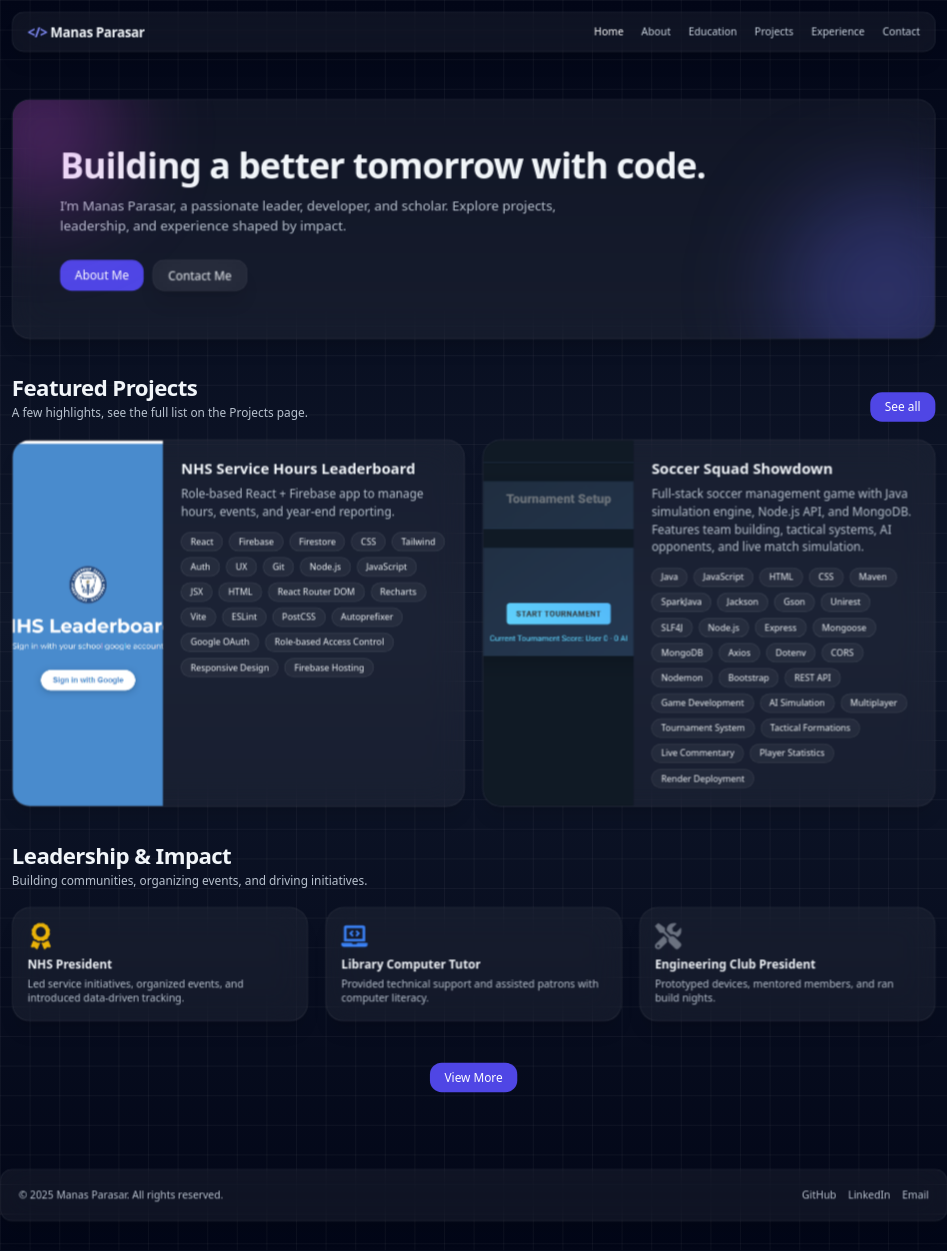
Repository: Manas-Parasar/portfolio-manas-parasar
Page: /
These files come from the project's save history. The page is drawn as it stood at one moment and after the next save; the edit follows.
The browser window is 1280 px wide. The pictures show the whole page, at 74% of full size.
The project was rebuilt for these pictures with package versions that can differ from the ones it lists, and the page was loaded fresh each time. Also part of the build but not shown: vite.config.js, src/pages/About.jsx, src/pages/Projects.jsx, src/components/TimelineItem.jsx, src/pages/Experience.jsx, src/pages/Contact.jsx. Imported but missing from the stored project, and not drawn on this page: src/assets/Manas Parasar Resume.pdf.

Above is the page before, as saved 2025-10-12 23:04:01.

### index.html
<!DOCTYPE html>
<html lang="en">
  <head>
    <meta charset="UTF-8" />
    <meta name="viewport" content="width=device-width, initial-scale=1.0" />
    <title>Manas Parasar Portfolio</title>
    <meta
      name="description"
      content="Portfolio of Manas Parasar: projects, leadership, research, and impact."
    />
    <link rel="icon" href="/PortfolioFavicon.png" />
  </head>
  <body
    class="min-h-screen bg-gradient-to-b from-slate-950 via-slate-900 to-slate-950 text-slate-100"
  >
    <div id="root"></div>
    <script type="module" src="/src/main.jsx"></script>
  </body>
</html>

### src/main.jsx
import { BrowserRouter } from "react-router-dom";
import "./index.css";
import React from "react";
import ReactDOM from "react-dom/client";
import App from "./App";

ReactDOM.createRoot(document.getElementById("root")).render(
  <React.StrictMode>
    <BrowserRouter>
      <App />
    </BrowserRouter>
  </React.StrictMode>
);

### src/index.css
@tailwind base;
@tailwind components;
@tailwind utilities;

html,
body {
  margin: 0;
  padding: 0;
  box-sizing: border-box;
  overscroll-behavior: none;
  overflow-x: hidden;
}

html {
  background-color: #0aa345; /* slate-900 */
}

html,
body {
  margin: 0;
  padding: 0;
  box-sizing: border-box;
}

html {
  background-color: #0f172a; /* slate-900 */
}

/* Subtle selection & scrollbar tweaks */
::selection {
  background: #175430;
  color: white;
}
::-webkit-scrollbar {
  width: 10px;
}
::-webkit-scrollbar-thumb {
  background: rgba(148, 184, 155, 0.4);
  border-radius: 999px;
}

/* Reusable utilities */
@layer utilities {
  .glass {
    @apply bg-white/5 backdrop-blur-xl border border-white/10 shadow-xl;
  }
  .btn {
    @apply inline-flex items-center gap-2 rounded-2xl px-5 py-2 font-medium transition;
  }
  .btn-primary {
    @apply btn bg-brand-600 hover:bg-brand-500 text-white;
  }
  .btn-ghost {
    @apply btn glass hover:bg-white/10;
  }
  .headline {
    @apply text-4xl md:text-5xl font-extrabold tracking-tight;
  }
  .subtle {
    @apply text-slate-300/90;
  }
}

### src/App.jsx
import { Routes, Route } from "react-router-dom";
import Navbar from "./components/Navbar";
import Footer from "./components/Footer";
import Home from "./pages/Home";
import About from "./pages/About";
import Projects from "./pages/Projects";
import Experience from "./pages/Experience";
import Contact from "./pages/Contact";
import Education from "./pages/Education";

export default function App() {
  return (
    <div className="min-h-screen flex flex-col bg-grid-sheer bg-grid-sheer bg-[length:40px_40px] overflow-hidden">
      <div className="absolute inset-0 -z-10 opacity-70" aria-hidden>
        <div className="absolute -top-40 -left-40 h-96 w-96 rounded-full bg-brand-500 blur-[120px] opacity-30 animate-float" />
      </div>
      <Navbar />
      <main className="container py-10 flex-grow">
        <Routes>
          <Route path="/" element={<Home />} />
          <Route path="/about" element={<About />} />
          <Route path="/education" element={<Education />} />
          <Route path="/projects" element={<Projects />} />
          <Route path="/experience" element={<Experience />} />
          <Route path="/contact" element={<Contact />} />
        </Routes>
      </main>
      <Footer />
    </div>
  );
}

### src/components/Navbar.jsx
import { Link, NavLink } from "react-router-dom";
import { Menu, X } from "lucide-react";
import { useState } from "react";

export default function Navbar() {
  const [open, setOpen] = useState(false);
  const nav = [
    { to: "/", label: "Home" },
    { to: "/about", label: "About" },
    { to: "/education", label: "Education" },
    { to: "/projects", label: "Projects" },
    { to: "/experience", label: "Experience" },
    { to: "/contact", label: "Contact" },
  ];

  const NavItems = ({ onClick }) => (
    <ul className="flex flex-col md:flex-row gap-4 md:gap-6 text-sm">
      {nav.map((n) => (
        <li key={n.to}>
          <NavLink
            to={n.to}
            onClick={onClick}
            className={({ isActive }) =>
              `transition hover:text-white ${
                isActive ? "text-white" : "text-slate-300"
              }`
            }
          >
            {n.label}
          </NavLink>
        </li>
      ))}
    </ul>
  );

  return (
    <header className="sticky top-0 z-50">
      <div className="container mt-4">
        <div className="glass rounded-2xl px-5 py-3 flex items-center justify-between">
          <Link to="/" className="font-black tracking-tight text-lg">
            <span className="text-brand-400">&lt;/&gt;</span> Manas Parasar
          </Link>
          <nav className="hidden md:block">
            <NavItems />
          </nav>
          <button
            className="md:hidden btn-ghost"
            onClick={() => setOpen(!open)}
            aria-label="Toggle Menu"
          >
            {open ? <X size={20} /> : <Menu size={20} />}
          </button>
        </div>
        {open && (
          <div className="md:hidden mt-2 glass rounded-2xl px-5 py-4">
            <NavItems onClick={() => setOpen(false)} />
          </div>
        )}
      </div>
    </header>
  );
}

### src/components/Footer.jsx
export default function Footer() {
  return (
    <footer className="mt-16 pb-10">
      <div className="container glass rounded-2xl p-6 flex flex-col md:flex-row items-center justify-between gap-4">
        <p className="text-sm subtle">
          © {new Date().getFullYear()} Manas Parasar. All rights reserved.
        </p>
        <div className="text-sm subtle flex gap-4">
          <a
            href="https://github.com/"
            target="_blank"
            className="hover:text-white"
          >
            GitHub
          </a>
          <a
            href="https://linkedin.com/"
            target="_blank"
            className="hover:text-white"
          >
            LinkedIn
          </a>
          <a href="mailto:manas@example.com" className="hover:text-white">
            Email
          </a>
        </div>
      </div>
    </footer>
  );
}

### src/pages/Home.jsx
import Hero from "../components/Hero";
import Section from "../components/Section";
import ProjectCard from "../components/ProjectCard";
import nhsLeaderboardScreenshot from "../assets/NHS Leaderboard Screenshot.png";
import soccerSquadShowdownScreenshot from "../assets/Soccer Squad Showdown Screenshot.png";
import { FaAward, FaLaptopCode, FaTools } from "react-icons/fa";

export default function Home() {
  return (
    <>
      <Hero />

      <Section
        title="Featured Projects"
        subtitle="A few highlights, see the full list on the Projects page."
        cta={
          <a href="#/projects" className="btn-primary">
            See all
          </a>
        }
      >
        <div className="grid md:grid-cols-2 gap-6">
          <ProjectCard
            title="NHS Service Hours Leaderboard"
            desc="Role-based React + Firebase app to manage hours, events, and year-end reporting."
            tags={[
              "React",
              "Firebase",
              "Firestore",
              "CSS",
              "Tailwind",
              "Auth",
              "UX",
              "Git",
              "Node.js",
              "JavaScript",
              "JSX",
              "HTML",
              "React Router DOM",
              "Recharts",
              "Vite",
              "ESLint",
              "PostCSS",
              "Autoprefixer",
              "Google OAuth",
              "Role-based Access Control",
              "Responsive Design",
              "Firebase Hosting",
            ]}
            link="https://github.com/Manas-Parasar/NHS-Service-Hours-Leaderboard"
            img={nhsLeaderboardScreenshot}
          />
          <ProjectCard
            title="Soccer Squad Showdown"
            desc="Full-stack soccer management game with Java simulation engine, Node.js API, and MongoDB. Features team building, tactical systems, AI opponents, and live match simulation."
            tags={[
              "Java",
              "JavaScript",
              "HTML",
              "CSS",
              "Maven",
              "SparkJava",
              "Jackson",
              "Gson",
              "Unirest",
              "SLF4J",
              "Node.js",
              "Express",
              "Mongoose",
              "MongoDB",
              "Axios",
              "Dotenv",
              "CORS",
              "Nodemon",
              "Bootstrap",
              "REST API",
              "Game Development",
              "AI Simulation",
              "Multiplayer",
              "Tournament System",
              "Tactical Formations",
              "Live Commentary",
              "Player Statistics",
              "Render Deployment",
            ]}
            link="https://github.com/Manas-Parasar/Soccer-Squad-Showdown"
            img={soccerSquadShowdownScreenshot}
          />
        </div>
      </Section>

      <Section
        title="Leadership & Impact"
        subtitle="Building communities, organizing events, and driving initiatives."
      >
        <div className="grid md:grid-cols-3 gap-6">
          {[
            {
              title: "NHS President",
              desc: "Led service initiatives, organized events, and introduced data-driven tracking.",
            },
            {
              title: "Library Computer Tutor",
              desc: "Provided technical support and assisted patrons with computer literacy.",
            },
            {
              title: "Engineering Club President",
              desc: "Prototyped devices, mentored members, and ran build nights.",
            },
          ].map((c) => (
            <div key={c.title} className="glass rounded-3xl p-5 block">
              {c.title === "NHS President" && (
                <FaAward className="text-4xl mb-2 text-yellow-500" />
              )}
              {c.title === "Library Computer Tutor" && (
                <FaLaptopCode className="text-4xl mb-2 text-blue-500" />
              )}
              {c.title === "Engineering Club President" && (
                <FaTools className="text-4xl mb-2 text-gray-500" />
              )}
              <h3 className="font-semibold">{c.title}</h3>
              <p className="subtle text-sm mt-1">{c.desc}</p>
            </div>
          ))}
        </div>
        <div className="text-center mt-8">
          <a href="#/experience" className="btn-primary">
            View More
          </a>
        </div>
      </Section>
    </>
  );
}

### src/pages/Education.jsx
import { FaJava, FaRegCopyright } from "react-icons/fa";
import { DiVisualstudio } from "react-icons/di";
import {
  SiJavascript,
  SiReact,
  SiPython,
  SiFirebase,
  SiTailwindcss,
  SiGit,
  SiGithub,
  SiHtml5,
  SiCss3,
  SiCplusplus,
  SiNodedotjs,
  SiTypescript,
  SiExpress,
} from "react-icons/si";
import React from "react";

const skills = [
  { name: "Java", icon: <FaJava />, color: "text-red-500" },
  { name: "React", icon: <SiReact />, color: "text-blue-500" },
  { name: "Python", icon: <SiPython />, color: "text-yellow-500" },
  { name: "Firebase", icon: <SiFirebase />, color: "text-yellow-400" },
  { name: "Tailwind", icon: <SiTailwindcss />, color: "text-teal-500" },
  { name: "GitHub", icon: <SiGithub />, color: "text-gray-400" },
  { name: "Git", icon: <SiGit />, color: "text-orange-600" },
  { name: "HTML", icon: <SiHtml5 />, color: "text-orange-500" },
  { name: "CSS", icon: <SiCss3 />, color: "text-blue-600" },
  { name: "JavaScript", icon: <SiJavascript />, color: "text-yellow-300" },
  { name: "TypeScript", icon: <SiTypescript />, color: "text-blue-400" },
  { name: "C", icon: <FaRegCopyright />, color: "text-blue-600" },
  { name: "C++", icon: <SiCplusplus />, color: "text-blue-700" },
  { name: "Express.js", icon: <SiExpress />, color: "text-gray-400" },
  { name: "Node.js", icon: <SiNodedotjs />, color: "text-green-500" },
  { name: "Visual Studio", icon: <DiVisualstudio />, color: "text-blue-500" },
];

export default function Education() {
  return (
    <div className="space-y-6">
      <div className="glass rounded-3xl p-6 hover:shadow-glow transition">
        <h3 className="font-semibold mb-2 text-2xl text-brand-400">College</h3>
        <div className="subtle">
          <p className="font-bold">Paradise Valley Community College</p>
          <p>Associate of Science in Computer Science</p>
          <p>Expected Graduation: May 2026</p>
          <br />
          <p>Associate of Arts in Mathematics</p>
          <p>Expected Graduation: May 2026</p>
        </div>
      </div>
      <div className="glass rounded-3xl p-6 hover:shadow-glow transition">
        <h3 className="font-semibold mb-2 text-2xl text-brand-400">
          High School
        </h3>
        <div className="subtle">
          <p className="font-bold">
            Arizona Agribusiness & Equine Center - Paradise Valley
          </p>
          <p>High School Diploma</p>
          <p>May 2026</p>
          <p>Phoenix, AZ</p>
        </div>
      </div>
      <div className="glass rounded-3xl p-6 hover:shadow-glow transition">
        <h3 className="font-semibold mb-2 text-2xl text-brand-400">
          Academics & Scores
        </h3>
        <ul className="subtle list-disc list-inside space-y-1">
          <li>SAT: 1530 (770 Math, 760 English)</li>
          <li>ACT: 35 (36 Math, 36 Science, 36 English, 33 Reading)</li>
          <li>GPA: 4.00 (Unweighted)</li>
        </ul>
      </div>
      <div className="glass rounded-3xl p-6 hover:shadow-glow transition">
        <h3 className="font-semibold mb-2 text-2xl text-brand-400">
          Certifications & Awards
        </h3>
        <ul className="subtle list-disc list-inside space-y-1">
          <li>Python Essential Training Certification (LinkedIn Learning)</li>
          <li>Introduction to Web APIs Certification (LinkedIn Learning)</li>
          <li>President’s Honor Roll (Paradise Valley Community College)</li>
          <li>
            4.0 Honor Roll (3x, Arizona Agribusiness & Equine Center - Paradise
            Valley)
          </li>
          <li>
            Excellence in Science (2024 - 2025, Arizona Agribusiness & Equine
            Center - Paradise Valley)
          </li>
        </ul>
      </div>
      <div className="glass rounded-3xl p-6 hover:shadow-glow transition">
        <h3 className="font-semibold mb-2 text-2xl text-brand-400">
          Related Coursework
        </h3>
        <div className="grid grid-cols-1 md:grid-cols-2 gap-4 subtle">
          <div>
            <ul className="list-disc list-inside space-y-1">
              <li>Geometry 1-2</li>
              <li>Algebra 3-4</li>
              <li>Pre-Calculus 1-2</li>
              <li>College Algebra/Functions (MAT151)</li>
              <li>Calculus with Analytical Geometry I (MAT220)</li>
              <li>Calculus with Analytical Geometry II (MAT230)</li>
              <li>Biology 1-2</li>
            </ul>
          </div>
          <div>
            <ul className="list-disc list-inside space-y-1">
              <li>Chemistry 1-2</li>
              <li>Introduction to Computer Science (Java) (CSC110AB)</li>
              <li>
                Object Oriented Programming and Data Structures (Java)
                (CSC205AC)
              </li>
              <li>Digital Design Fundamentals (CSC120)</li>
              <li>
                Introduction to Different Programming Languages (CSC240AA)
              </li>
              <li>Introduction to Logic (PHI103)</li>
            </ul>
          </div>
        </div>
      </div>
      <div className="glass rounded-3xl p-6 hover:shadow-glow transition">
        <h3 className="font-semibold mb-2 text-2xl text-brand-400">Skills</h3>
        <div className="grid grid-cols-2 md:grid-cols-4 gap-4">
          {skills.map((skill) => (
            <div
              key={skill.name}
              className="flex items-center gap-4 bg-white/5 p-4 rounded-lg transition-all duration-300 ease-in-out hover:bg-white/10 hover:scale-105 hover:shadow-glow"
            >
              <div className={`text-4xl ${skill.color}`}>{skill.icon}</div>
              <div>
                <h4 className="font-bold">{skill.name}</h4>
              </div>
            </div>
          ))}
        </div>
      </div>
    </div>
  );
}

### src/components/Hero.jsx
import { motion } from "framer-motion";

export default function Hero() {
  return (
    <section className="mt-6">
      <div className="relative overflow-hidden rounded-3xl glass p-10 md:p-16">
        <motion.h1
          initial={{ opacity: 0, y: 20 }}
          animate={{ opacity: 1, y: 0 }}
          transition={{ duration: 0.6 }}
          className="headline"
        >
          Building a better tomorrow with code.
        </motion.h1>
        <motion.p
          initial={{ opacity: 0, y: 20 }}
          animate={{ opacity: 1, y: 0 }}
          transition={{ duration: 0.7, delay: 0.1 }}
          className="mt-4 text-lg subtle max-w-3xl"
        >
          I’m Manas Parasar, a passionate leader, developer, and scholar.
          Explore projects, leadership, and experience shaped by impact.
        </motion.p>
        <motion.div
          initial={{ opacity: 0, y: 20 }}
          animate={{ opacity: 1, y: 0 }}
          transition={{ duration: 0.7, delay: 0.2 }}
          className="mt-8 flex gap-3"
        >
          <a className="btn-primary" href="#/about">
            About Me
          </a>
          <a className="btn-ghost" href="#/contact">
            Contact Me
          </a>
        </motion.div>
        {/* Decorative blobs */}
        <div className="pointer-events-none absolute -right-20 -bottom-20 h-72 w-72 rounded-full bg-brand-500/30 blur-3xl" />
        <div className="pointer-events-none absolute -left-16 -top-16 h-52 w-52 rounded-full bg-fuchsia-500/30 blur-3xl" />
      </div>
    </section>
  );
}

### src/components/Section.jsx
export default function Section({ title, subtitle, children, cta }) {
  return (
    <section className="mt-12">
      <div className="flex items-end justify-between gap-4 mb-6">
        <div>
          <h2 className="text-2xl md:text-3xl font-bold tracking-tight">
            {title}
          </h2>
          {subtitle && <p className="subtle mt-1">{subtitle}</p>}
        </div>
        {cta}
      </div>
      <div className="grid gap-6">{children}</div>
    </section>
  );
}

### src/components/ProjectCard.jsx
import { motion } from "framer-motion";

export default function ProjectCard({
  title,
  desc,
  tags = [],
  img = "https://images.unsplash.com/photo-1522071820081-009f0129c71c?q=80&w=1400&auto=format&fit=crop",
  link = "#",
}) {
  return (
    <motion.a
      href={link}
      target="_blank"
      rel="noreferrer"
      initial={{ opacity: 0, y: 20 }}
      whileInView={{ opacity: 1, y: 0 }}
      viewport={{ once: true }}
      transition={{ duration: 0.5 }}
      className="group glass rounded-3xl overflow-hidden grid md:grid-cols-3"
    >
      <div className="md:col-span-1">
        <img
          src={img}
          alt={title}
          className="h-48 md:h-full w-full object-cover transition group-hover:scale-105"
        />
      </div>
      <div className="md:col-span-2 p-6">
        <h3 className="text-xl font-bold mb-2">{title}</h3>
        <p className="subtle mb-4">{desc}</p>
        <div className="flex flex-wrap gap-2">
          {tags.map((t) => (
            <span
              key={t}
              className="px-3 py-1 rounded-full bg-white/5 text-xs border border-white/10"
            >
              {t}
            </span>
          ))}
        </div>
      </div>
    </motion.a>
  );
}

### tailwind.config.js
/** @type {import('tailwindcss').Config} */
export default {
  content: ["./index.html", "./src/**/*.{js,jsx,ts,tsx}"],
  theme: {
    extend: {
      container: { center: true, padding: "1rem" },
      fontFamily: {
        display: ["Inter", "ui-sans-serif", "system-ui"],
      },
      colors: {
        brand: {
          50: "#eef2ff",
          100: "#e0e7ff",
          200: "#c7d2fe",
          300: "#a5b4fc",
          400: "#818cf8",
          500: "#6366f1",
          600: "#4f46e5",
          700: "#4338ca",
          800: "#3730a3",
          900: "#312e81",
        },
      },
      boxShadow: {
        glow: "0 0 0 0 rgba(99,102,241,0.5), 0 0 80px 10px rgba(99,102,241,0.25)",
      },
      backgroundImage: {
        "grid-sheer":
          "linear-gradient(rgba(255,255,255,0.04) 1px, transparent 1px), linear-gradient(90deg, rgba(255,255,255,0.04) 1px, transparent 1px)",
      },
      backgroundSize: {
        "grid-sheer": "40px 40px",
      },
      animation: {
        float: "float 6s ease-in-out infinite",
        shimmer: "shimmer 4s linear infinite",
      },
      keyframes: {
        float: {
          "0%, 100%": { transform: "translateY(0px)" },
          "50%": { transform: "translateY(-10px)" },
        },
        shimmer: {
          "0%": { backgroundPosition: "-200% 0" },
          "100%": { backgroundPosition: "200% 0" },
        },
      },
    },
  },
  plugins: [],
};

After the next save:
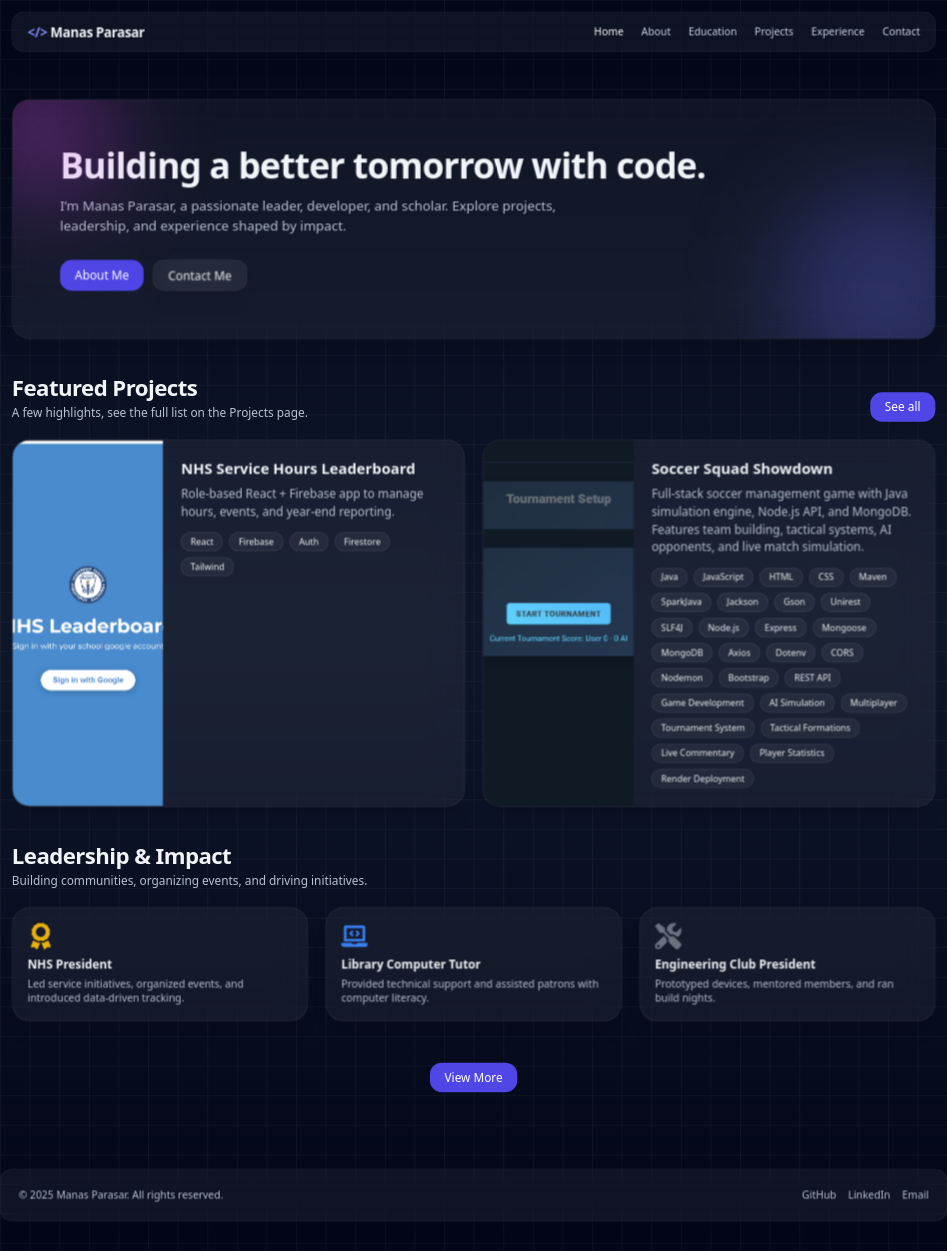
Saved 7 s later.
--- a/src/pages/Home.jsx
+++ b/src/pages/Home.jsx
@@ -23,30 +23,7 @@ export default function Home() {
           <ProjectCard
             title="NHS Service Hours Leaderboard"
             desc="Role-based React + Firebase app to manage hours, events, and year-end reporting."
-            tags={[
-              "React",
-              "Firebase",
-              "Firestore",
-              "CSS",
-              "Tailwind",
-              "Auth",
-              "UX",
-              "Git",
-              "Node.js",
-              "JavaScript",
-              "JSX",
-              "HTML",
-              "React Router DOM",
-              "Recharts",
-              "Vite",
-              "ESLint",
-              "PostCSS",
-              "Autoprefixer",
-              "Google OAuth",
-              "Role-based Access Control",
-              "Responsive Design",
-              "Firebase Hosting",
-            ]}
+            tags={["React", "Firebase", "Auth", "Firestore", "Tailwind"]}
             link="https://github.com/Manas-Parasar/NHS-Service-Hours-Leaderboard"
             img={nhsLeaderboardScreenshot}
           />
